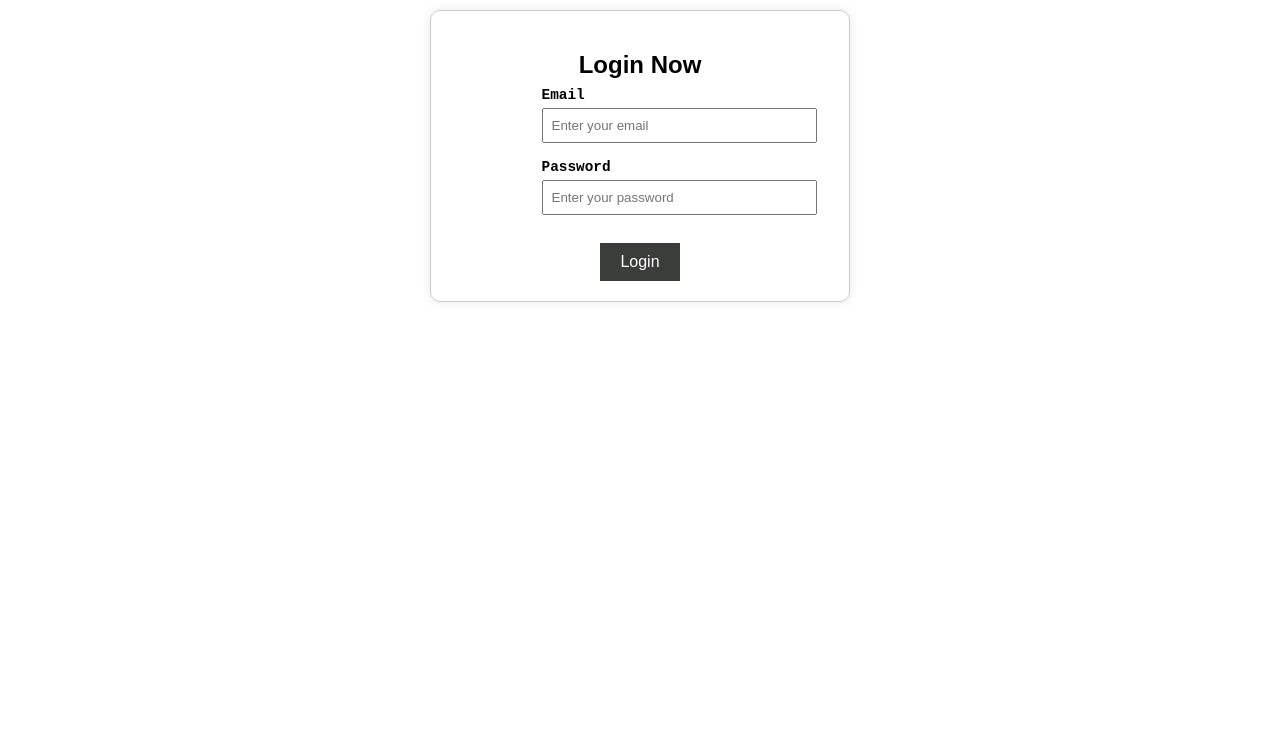
Repository: jkvekariya/Online-store-Management
Page: /auth/login (app in frontend/client/)
The author's editor kept a copy of each file at every save. The page is drawn from the files as they stood at one save, then again after the next save.
The browser window is 1280 px wide. The pictures show the whole page.
Some web fonts or font styles are not loaded; a fallback is used. The project was rebuilt for these pictures with package versions that can differ from the ones it lists, and the page was loaded fresh each time. Also part of the build but not shown: frontend/client/vite.config.js, frontend/client/src/css/header.css, frontend/client/src/css/sidebar.css, frontend/client/src/components/Sidebar.jsx, frontend/client/src/context/CartContext.jsx, frontend/client/src/components/Header.jsx, frontend/client/src/css/footer.css, frontend/client/src/components/Footer.jsx and 12 more.

Above is the page before, as saved 2026-01-02 14:05:13.

### frontend/client/index.html
<!doctype html>
<html lang="en">
  <head>
    <meta charset="UTF-8" />
    <link rel="icon" type="image/svg+xml" href="/vite.svg" />
    <meta name="viewport" content="width=device-width, initial-scale=1.0" />
    <title>Online Store Management System</title>
  </head>
  <body>
    <div id="root"></div>
    <script type="module" src="/src/main.jsx"></script>
  </body>
</html>

### frontend/client/src/main.jsx
import React from 'react'
import ReactDOM from 'react-dom/client'
import { BrowserRouter } from 'react-router-dom'
import App from './App.jsx'
import './index.css'

ReactDOM.createRoot(document.getElementById('root')).render(
  <React.StrictMode>
    <BrowserRouter>
      <App />
    </BrowserRouter>
  </React.StrictMode>,
)

### frontend/client/src/App.jsx
import { Routes, Route } from "react-router-dom";

import AuthLayout from "./layout/AuthLayout";
import UserLayout from "./layout/UserLayout";
import AdminLayout from "./layout/AdminLayout";

import Login from "./pages/auth/Login";
import Signup from "./pages/auth/Signup";
import Home from "./pages/user/Home";
import Dashboard from "./pages/admin/Dashboard";
import Contact from "./pages/user/Contact";
import About from "./pages/user/About";
import Services from "./pages/user/Services";
import Shop from "./pages/user/Shop";

function App() {
  return (
    <Routes>

      {/* AUTH ROUTES */}
      <Route path="/auth" element={<AuthLayout />}>
        <Route path="login" element={<Login />} />
        <Route path="signup" element={<Signup />} />
      </Route>

      {/* USER ROUTES */}
      <Route path="/" element={<UserLayout />}>
        <Route index element={<Home />} />
        <Route path="pages/user/contact" element={<Contact />} />
        <Route path="pages/user/about" element={<About />} />
        <Route path="pages/user/services" element={<Services />} />
        <Route path="pages/user/shop" element={<Shop />} />
      </Route>

      {/* ADMIN ROUTES */}
      <Route path="/admin" element={<AdminLayout />}>
        <Route path="dashboard" element={<Dashboard />} />
      </Route>

    </Routes>
  );
}

export default App;

### frontend/client/src/index.css
* {
  margin: 0;
  padding: 0;
  box-sizing: border-box;
}

#root {
  min-height: 100vh;
}

### frontend/client/src/layout/AuthLayout.jsx
import { Outlet } from "react-router-dom";

const AuthLayout = () => {
  return (
    <div>
      {/* <h2>Auth Section</h2> */}
      <Outlet />
    </div>
  );
};

export default AuthLayout;

### frontend/client/src/pages/auth/Login.jsx
import React from 'react'
import { useState } from 'react'
import "../../css/login.css"

const Login = () => {

    const [email, setEMail] = useState("");
    const [password, setPassword] = useState("");

  return (
    <>
         <div className='main-container'>
      <h2>Login Now</h2>
        <div className='email-box'>
            <label htmlFor="email">Email</label>
            <input type="email"
            id="login-email"
            value={email}
            onChange={(e) => setEMail(e.target.value)}
            placeholder='Enter your email'
            />
        </div>
        <div className='password-box'>
            <label htmlFor="password">Password</label>
            <input type="password"
            id="login-password"
            value={password}
            onChange={(e) => setPassword(e.target.value)}
            placeholder='Enter your password'
            />
        </div>
      <div className='btn'>
        <button onClick={() => {}}>Login</button>
      </div>
    </div>
    </>
  )
}

export default Login

### frontend/client/src/css/login.css
.main-container{
    width: 400px;
    margin: auto;
    border: 1px solid #ccc;
    padding: 20px;
    border-radius: 10px;
    box-shadow: 0 0 10px rgba(0, 0, 0, 0.1);
    margin-top: 50px;
    font-family: Arial, sans-serif;
    display: flex;
    justify-content: center;
    align-items: center;
    flex-direction: column;
}

label{
    font-size: 0.9rem;
    display: block;
    font-family: 'Courier New', Courier, monospace;
    font-weight: 700;
    /* margin-bottom: 5px; */
}

.main-container .email-box,.password-box{
 margin: 0.5rem 0;
}

input{
    padding: 8px;
    width: 100%;
    margin-top: 5px;
}

.main-container h2{
    text-align: center;
    margin-top: 20px;
}

.btn{
    width: 100%;
    text-align: center;
}

button{
    margin-top: 20px;
    padding: 10px 20px;
    font-size: 16px;
    cursor: pointer;
    background-color: #3a3d3a;
    color: white;
    border: none;
}

### frontend/client/src/css/signup.css
.main-container{
    width: 100%;
    max-width: 420px;
    margin: 10px auto;
    border: 1px solid #ccc;
    padding: 20px;
    border-radius: 10px;
    box-shadow: 0 0 10px rgba(0, 0, 0, 0.1);
    font-family: Arial, sans-serif;
    display: flex;
    justify-content: center;
    align-items: center;
    flex-direction: column;
}

label{
    font-size: 0.9rem;
    display: block;
    font-family: 'Courier New', Courier, monospace;
    font-weight: 700;
    /* margin-bottom: 5px; */
}

.main-container .email-box,.password-box,.first-name-box,.last-name-box{
 margin: 0.5rem 0;
}

input{
    /* padding: 8px; */
    width: 140%;
    margin-top: 5px;
    box-sizing: border-box;
}

.main-container h2{
    text-align: center;
    margin-top: 20px;
}

.btn{
    width: 100%;
    text-align: center;
}

button{
    margin-top: 20px;
    padding: 10px 20px;
    font-size: 16px;
    cursor: pointer;
    background-color: #3a3d3a;
    color: white;
    border: none;
}

### frontend/client/src/css/bodyheader.css
@import url('https://fonts.googleapis.com/css2?family=BBH+Bartle&family=Nunito:ital,wght@0,200..1000;1,200..1000&family=Ubuntu:ital,wght@0,300;0,400;0,500;0,700;1,300;1,400;1,500;1,700&display=swap');

* {
    padding: 0;
    margin: 0;
    box-sizing: border-box;
  }

:root {
    --background-color: #e6e6e68e;
    --header-text-color: #213448;
    --home-link-color: #4B9DA9;
    --title-color: #212447;
    --title-hover-color: #547792;
}

  .b-header-bg {
    margin-top: 30px;
    height: 23vh;
    width: 100vw;
    /* background-color: aqua; */
    background: var(--background-color);
    /* background-blend-mode: darken; */
    /* background-size: cover; */
    /* background-repeat: no-repeat; */
    /* background-position: center; */
    /* background-position-y: 56%; */
    display: flex;
    justify-content: center;
    align-items: center;
  }

  .b-header-bg .page-title {
    height: 10rem;
    width: 20rem;
    display: grid;
    place-items: center;
    align-content: center;
  }

  .b-header-bg .page-title h2 {
    font-size: 2rem;
    margin-bottom: 5px;
    color: var(--header-text-color);
    font-family: "Ubuntu", sans-serif;
    font-weight: 500;
    font-style: normal;
    position: relative;
    z-index: 100;
  }

   .b-header-bg .page-title .ul-links ul{
    /* height: 4rem; */
    width: 10rem;
    display: flex;
    justify-content: center;
    align-items: center;
    gap:0;
  }

  .b-header-bg .page-title .ul-links ul #home-link a {
    color: var(--home-link-color);
  }


  .b-header-bg .page-title .ul-links ul li{
    /* height: 2rem; */
    display: flex;
    justify-content: center;
    align-items: center;
  }

  .b-header-bg .page-title .ul-links ul li svg{
      font-size: 1.3rem;
      color: var(--title-color);
  }

  .b-header-bg .page-title .ul-links ul li a{
    width: max-content;
    text-decoration: none;
    padding: 5px;
    color: var(--title-color);
    font-family: "Ubuntu", sans-serif;
    font-weight: 450;
    font-style: normal;
    font-size: 0.8rem;
    font-style: normal;
  }

  .b-header-bg .page-title .ul-links ul li a:hover{
      color: var(--title-hover-color);
  }

Loaded but not shown: frontend/client/src/css/header.css (no copy from this time; the picture is the same without it)

After the next save:
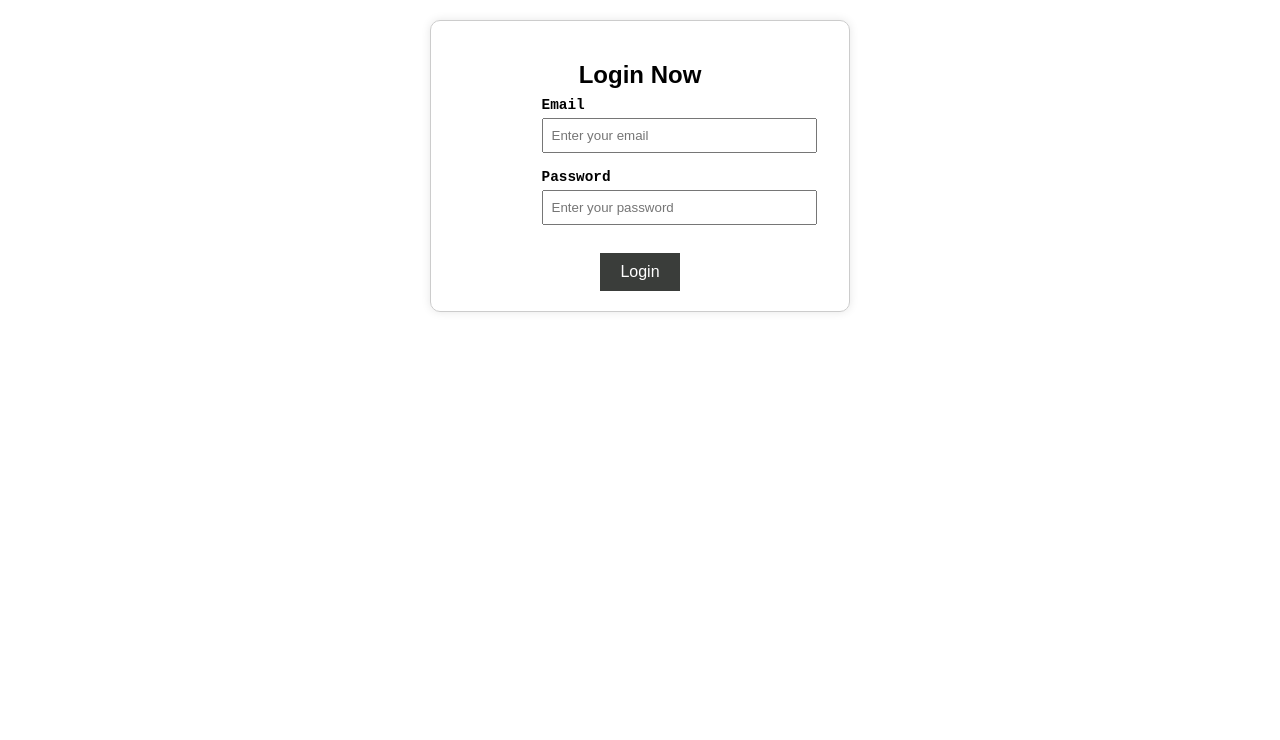
Saved 12 s later.
--- a/frontend/client/src/css/signup.css
+++ b/frontend/client/src/css/signup.css
@@ -1,7 +1,7 @@
 .main-container{
     width: 100%;
     max-width: 420px;
-    margin: 10px auto;
+    margin: 20px auto;
     border: 1px solid #ccc;
     padding: 20px;
     border-radius: 10px;
